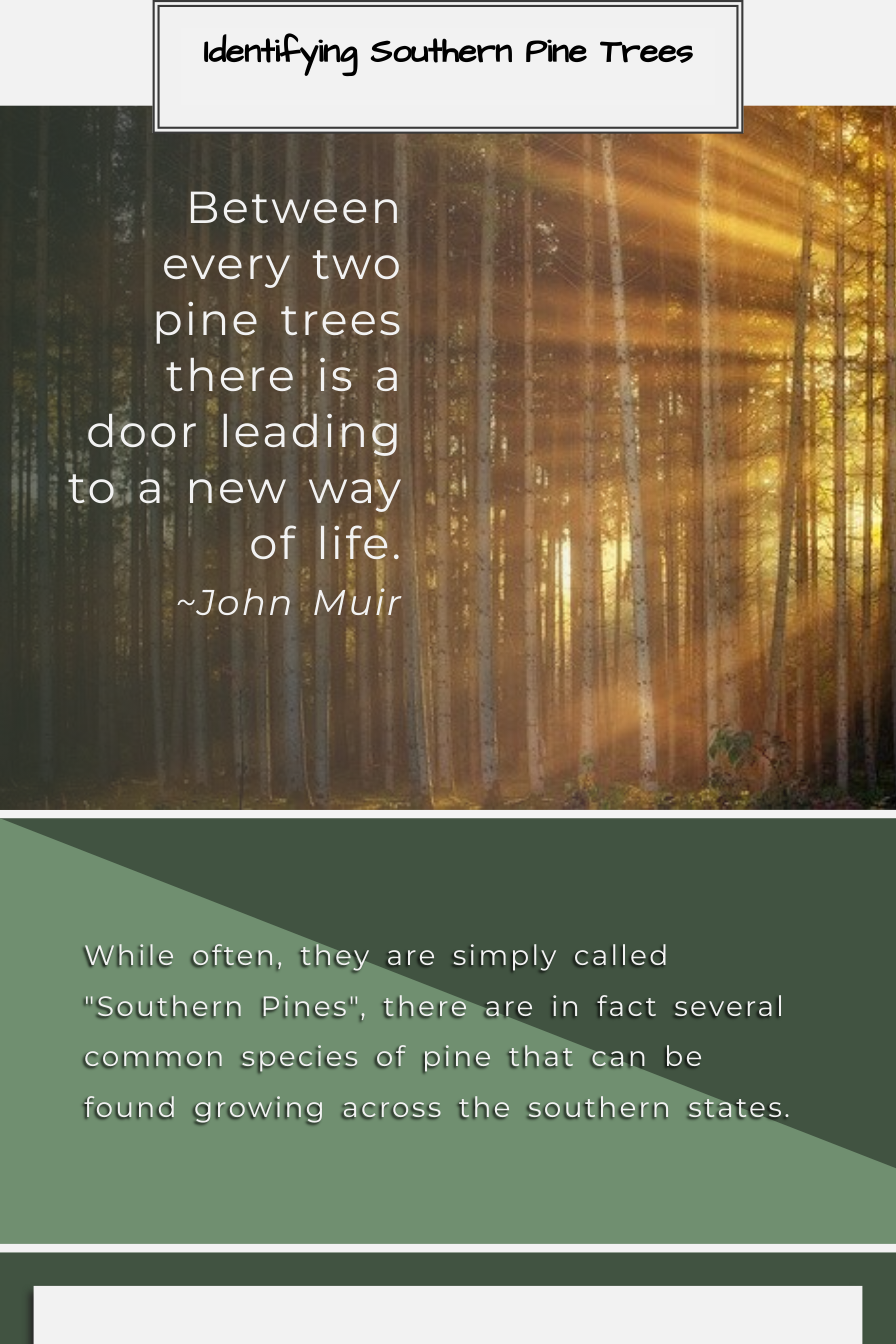
Repository: Sbethm/louisianaPineTrees
Page: pine_main.html
The author's editor kept a copy of each file at every save. The page is drawn from the files as they stood at one save, then again after a run of saves.
The browser window is 1280 px wide. The pictures show the part of the page from y = 0 to 1920 px (the page is 2832 px tall), at 70% of full size.
The style sheet was rebuilt from its Sass, Less or Tailwind sources for each picture, by a compiler version that may differ from the author's.

Above is the page before, as saved 2021-09-24 11:16:18.

After the next 6 saves:
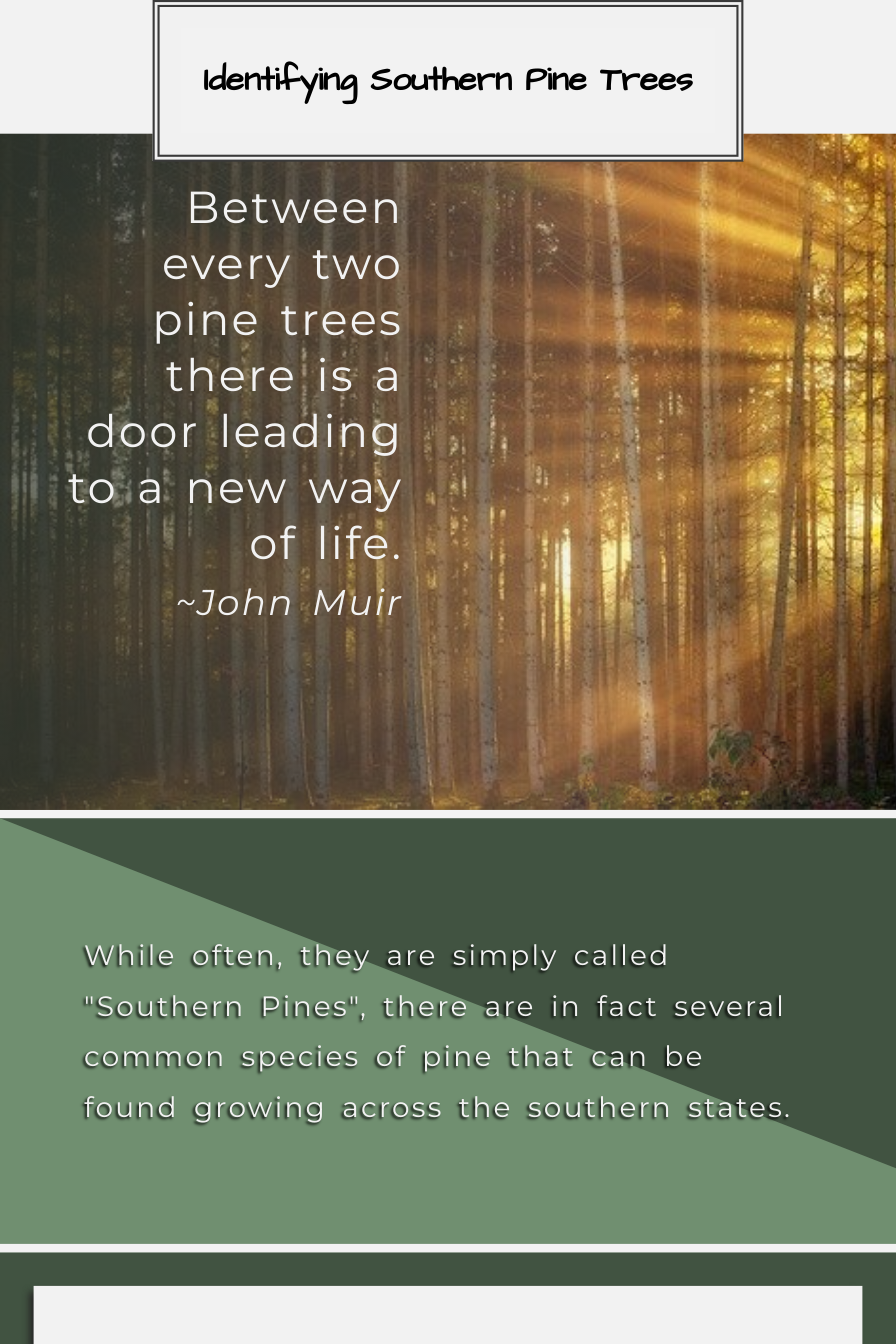
The 6 saves are shown as one change because 2 did not build or start and some came seconds apart.
The last was saved 21 s later.
--- a/src/scss/main.scss
+++ b/src/scss/main.scss
@@ -22,6 +22,7 @@ h1{
     position: relative;
     margin: 0 auto;
     padding: 1em 1.5em;
+    padding-top: calc(1em + 40px);
     width: fit-content;
     font-family: $headerFont;
     font-size: 3rem;
